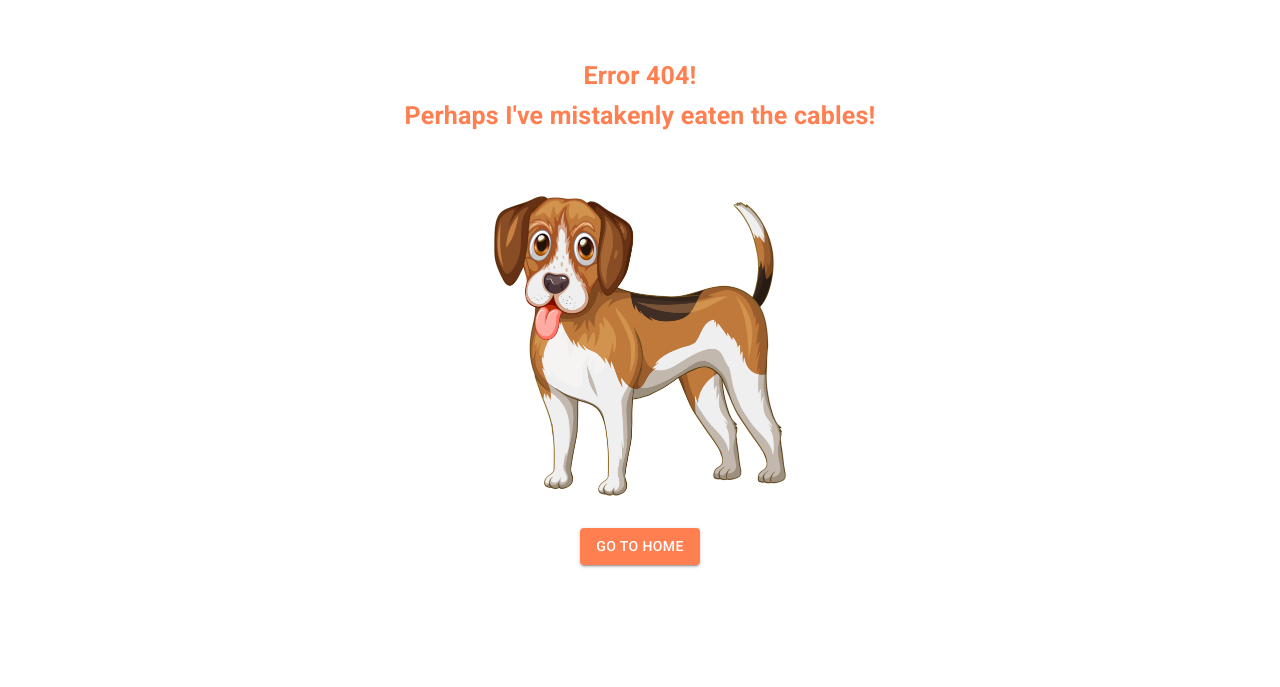
Repository: Sharif-00112/dogos-paradise-client
Page: /breeding
An editor plug-in stored every save of this project. The page is shown before and after the next save, followed by the edit.
The browser window is 1280 px wide. The pictures show the whole page.
The project was rebuilt for these pictures with package versions that can differ from the ones it lists, and the page was loaded fresh each time. Also part of the build but not shown: src/Pages/Shared/Footer/Footer.js, src/Pages/Home/About/About.js, src/Pages/Home/Banner/Banner.js, src/Pages/Home/Blogs/Blogs.js, src/Pages/Home/Contact/Contact.js, src/Pages/Home/CustomerReviews/CustomerReviews.js, src/Pages/Home/Dog/Dog.js, src/Pages/Home/Dogs/Dogs.js and 4 more.

Above is the page before, as saved 2022-12-05 23:39:53.

### public/index.html
<!DOCTYPE html>
<html lang="en">
  <head>
    <meta charset="utf-8" />
    <link rel="icon" href="%PUBLIC_URL%/favicon.ico" />
    <meta name="viewport" content="width=device-width, initial-scale=1" />
    <meta name="theme-color" content="#000000" />
    <meta
      name="description"
      content="Web site created using create-react-app"
    />
    <link
      rel="stylesheet" href="https://fonts.googleapis.com/css?family=Roboto:300,400,500,700&display=swap"
    />

    <link rel="apple-touch-icon" href="%PUBLIC_URL%/logo192.png" />
    <!--
      manifest.json provides metadata used when your web app is installed on a
      user's mobile device or desktop. See https://developers.google.com/web/fundamentals/web-app-manifest/
    -->
    <link rel="manifest" href="%PUBLIC_URL%/manifest.json" />
    <!--
      Notice the use of %PUBLIC_URL% in the tags above.
      It will be replaced with the URL of the `public` folder during the build.
      Only files inside the `public` folder can be referenced from the HTML.

      Unlike "/favicon.ico" or "favicon.ico", "%PUBLIC_URL%/favicon.ico" will
      work correctly both with client-side routing and a non-root public URL.
      Learn how to configure a non-root public URL by running `npm run build`.
    -->
    <title>React App</title>
  </head>
  <body>
    <noscript>You need to enable JavaScript to run this app.</noscript>
    <div id="root"></div>
    <!--
      This HTML file is a template.
      If you open it directly in the browser, you will see an empty page.

      You can add webfonts, meta tags, or analytics to this file.
      The build step will place the bundled scripts into the <body> tag.

      To begin the development, run `npm start` or `yarn start`.
      To create a production bundle, use `npm run build` or `yarn build`.
    -->
  </body>
</html>

### src/App.js
import React  from 'react';
import './App.css';
import { BrowserRouter as Router, Route, Routes} from 'react-router-dom';
import Home from './Pages/Home/Home/Home';
import Login from './Pages/Login/Login/Login';
import Register from './Pages/Login/Register/Register';
import AuthProvider from './contexts/AuthProvider/AuthProvider';
// import PrivateRoute from './Pages/Login/PrivateRoute/PrivateRoute';
import NotFound from './Pages/NotFound/NotFound';
import Contact from './Pages/Home/Contact/Contact';
import Story from './Pages/Home/Story/Story';
import CustomerReviews from './Pages/Home/CustomerReviews/CustomerReviews';
import Blogs from './Pages/Home/Blogs/Blogs';
import About from './Pages/Home/About/About';
import Dogs from './Pages/Home/Dogs/Dogs';
// import Footer from './Pages/Shared/Footer/Footer';
// import Dashboard from './Pages/Dashboard/Dashboard/Dashboard';

function App() {
  return (
    <div className="App">
      <AuthProvider>
        <Router>
          <Routes>
            <Route exact path = '/' element={<Home/>}/>
            <Route exact path = '/home' element={<Home/>}/>
            <Route exact path = '/login' element={<Login/>}/>
            <Route exact path = '/register' element={<Register/>}/>
            <Route exact path = '/contact' element={<Contact/>}/>
            <Route exact path = '/dogs' element={<Dogs/>}/>
            <Route exact path = '/story' element={<Story/>}/>
            <Route exact path = '/reviews' element={<CustomerReviews/>}/>
            <Route exact path = '/blogs' element={<Blogs/>}/>
            <Route exact path = '/about' element={<About/>}/>
            {/* <Route exact path = '/appointment' element = {
              <PrivateRoute>
                <Appointment></Appointment>
              </PrivateRoute>
            }> </Route> */}
            {/* <Route path = 'dashboard/*' element = {
              <PrivateRoute>
                <Dashboard></Dashboard>
              </PrivateRoute>
            }> </Route> */}
            <Route path = '*' element={<NotFound/>}/>
          </Routes>
          {/* <Footer></Footer> */}
        </Router>
      </AuthProvider>
    </div>
  );
}

export default App;

### src/contexts/AuthProvider/AuthProvider.js
import React from 'react';
import { createContext } from 'react';
import useFirebase from '../../hooks/useFirebase';

//step-1-context
export const AuthContext = createContext();

const AuthProvider = (props) => {
    //step-3-context
    const {children} = props;

    //step-5-context
    const allContexts = useFirebase();

    return (
        //step-2-context
        <AuthContext.Provider value={allContexts}>
            {children}
        </AuthContext.Provider>
    );
};

export default AuthProvider;

### src/Pages/NotFound/NotFound.js
import React from 'react';
import Typography from '@mui/material/Typography';
import { NavLink } from 'react-router-dom';
import { Button } from '@mui/material';
import errorIMG from '../../images/dog-404-error.jpg'


const NotFound = () => {
    return (
        <div>
            <Typography sx={{ my:7, fontSize: 25, fontWeight: 600 }} style={{color: 'coral'}} variant="h6" component="div">
                Error 404!
                <br />
                Perhaps I've mistakenly eaten the cables!
            </Typography>
            <img
                style={{width: 300 }}
                src={errorIMG}
                alt="404 Page Not Found!"
            />
            <br />
            <NavLink
                style={{ textDecoration:'none' }}
                to='/'>
                <Button variant="contained" sx={{ m:3 }} style={{ backgroundColor: 'coral' }}>Go to Home</Button>
            </NavLink>
        </div>
    );
};

export default NotFound;

### src/Pages/Shared/Navigation/Navigation.js
import React from 'react';
import AppBar from '@mui/material/AppBar';
import Box from '@mui/material/Box';
import Toolbar from '@mui/material/Toolbar';
import IconButton from '@mui/material/IconButton';
import Typography from '@mui/material/Typography';
import Menu from '@mui/material/Menu';
import MenuIcon from '@mui/icons-material/Menu';
import Container from '@mui/material/Container';
import Avatar from '@mui/material/Avatar';
import Button from '@mui/material/Button';
import Tooltip from '@mui/material/Tooltip';
import MenuItem from '@mui/material/MenuItem';
import { Link, NavLink } from 'react-router-dom';
import useAuth from '../../../hooks/useAuth';

const pages = [
    <Link
        style={{ textDecoration:'none', color:'white' }}
        to = '/home'>
        <Button sx={{mx:1}} color="inherit">Home</Button>
    </Link>,
    <Link
        style={{ textDecoration:'none', color:'white' }}
        to = '/dogs'>
        <Button sx={{mx:1}} color="inherit">Dogs</Button>
    </Link>,
    <Link
        style={{ textDecoration:'none', color:'white' }}
        to = '/blogs'>
        <Button sx={{mx:1}} color="inherit">Blogs</Button>
    </Link>,
    // <Link
    //     style={{ textDecoration:'none', color:'white' }}
    //     to = '/about'>
    //     <Button sx={{mx:1}} color="inherit">About</Button>
    // </Link>,
    // <Link
    //     style={{ textDecoration:'none', color:'white' }}
    //     to = '/contact'>
    //     <Button sx={{mx:1}} color="inherit">Contact</Button>
    // </Link>,
    <Link
        style={{ textDecoration:'none', color:'white' }}
        to = '/dashboard'>
        <Button sx={{mx:1}} color="inherit">Dashboard</Button>
    </Link>,
];
const settings = [
    <Link
        // style={{ textDecoration:'none', color:'white' }}
        style={{ textDecoration:'none' }}
        to = '/login'>
        {/* <Button color="inherit">Appointment</Button> */}
        Profile
    </Link>,
    <Link
        // style={{ textDecoration:'none', color:'white' }}
        style={{ textDecoration:'none' }}
        to = '/dashboard'>
        {/* <Button color="inherit">Appointment</Button> */}
        Dashboard
    </Link>
];

const Navigation = () => {
    const { user, logout } = useAuth();

    const [anchorElNav, setAnchorElNav] = React.useState(null);
    const [anchorElUser, setAnchorElUser] = React.useState(null);

    const handleOpenNavMenu = (event) => {
      setAnchorElNav(event.currentTarget);
    };
    const handleOpenUserMenu = (event) => {
      setAnchorElUser(event.currentTarget);
    };

    const handleCloseNavMenu = () => {
      setAnchorElNav(null);
    };

    const handleCloseUserMenu = () => {
      setAnchorElUser(null);
    };

    return (
        <div>
            <AppBar style={{backgroundColor: 'coral'}} position="static">
                <Container maxWidth="xl">
                    <Toolbar disableGutters>
                    {/* <AdbIcon sx={{ display: { xs: 'none', md: 'flex' }, mr: 1 }} /> */}
                    <Typography
                        variant="h4"
                        noWrap
                        component="a"
                        href="/"
                        sx={{
                        mr: 2,
                        display: { xs: 'none', md: 'flex' },
                        fontFamily: 'monospace',
                        fontWeight: 700,
                        letterSpacing: '.3rem',
                        color: 'inherit',
                        textDecoration: 'none',
                        }}
                    >
                        Dogos Paradise
                    </Typography>

                    <Box sx={{ flexGrow: 1, display: { xs: 'flex', md: 'none' } }}>
                        <IconButton
                        size="large"
                        aria-label="account of current user"
                        aria-controls="menu-appbar"
                        aria-haspopup="true"
                        onClick={handleOpenNavMenu}
                        color="inherit"
                        >
                        <MenuIcon />
                        </IconButton>
                        <Menu
                        id="menu-appbar"
                        anchorEl={anchorElNav}
                        anchorOrigin={{
                            vertical: 'bottom',
                            horizontal: 'left',
                        }}
                        keepMounted
                        transformOrigin={{
                            vertical: 'top',
                            horizontal: 'left',
                        }}
                        open={Boolean(anchorElNav)}
                        onClose={handleCloseNavMenu}
                        sx={{
                            display: { xs: 'block', md: 'none' }
                        }}
                        >
                        {pages.map((page) => (
                            <MenuItem style={{backgroundColor: 'gray'}} key={page} onClick={handleCloseNavMenu}>
                            <Typography textAlign="center">{page}</Typography>
                            </MenuItem>
                        ))}
                        </Menu>
                    </Box>
                    {/* <AdbIcon sx={{ display: { xs: 'flex', md: 'none' }, mr: 1 }} /> */}
                    <Typography
                        variant="h4"
                        noWrap
                        component="a"s
                        href="/"
                        sx={{
                        mr: 2,
                        display: { xs: 'flex', md: 'none' },
                        flexGrow: 1,
                        fontFamily: 'monospace',
                        fontWeight: 700,
                        letterSpacing: '.3rem',
                        color: 'inherit',
                        textDecoration: 'none',
                        }}
                    >
                        Dogos Paradise
                    </Typography>
                    <Box sx={{ flexGrow: 1, display: { xs: 'none', md: 'flex', color:'gray' } }}>
                        {pages.map((page) => (
                        <Button
                            key={page}
                            onClick={handleCloseNavMenu}
                            sx={{ my: 2, color: 'white', display: 'block' }}
                        >
                            {page}
                        </Button>
                        ))}
                    </Box>

                    {
                        user?.email ?
                        <NavLink
                            style={{ textDecoration:'none', color:'white' }}
                            to = '/login'>
                            <Button sx={{ mx:2 }} onClick={logout} color="inherit">Logout</Button>
                        </NavLink>
                        :
                        <NavLink
                            style={{ textDecoration:'none', color:'white' }}
                            to = '/login'>
                            <Button sx={{ mx:2 }} color="inherit">Login</Button>
                        </NavLink>
                    }

                    <Box sx={{ flexGrow: 0 }}>
                        <Tooltip title={user.email}>
                        <IconButton onClick={handleOpenUserMenu} sx={{ p: 0 }}>
                            <Avatar alt={user.email} src={user.photoURL} />
                        </IconButton>
                        </Tooltip>
                        <Menu
                        sx={{ mt: '45px' }}
                        id="menu-appbar"
                        anchorEl={anchorElUser}
                        anchorOrigin={{
                            vertical: 'top',
                            horizontal: 'right',
                        }}
                        keepMounted
                        transformOrigin={{
                            vertical: 'top',
                            horizontal: 'right',
                        }}
                        open={Boolean(anchorElUser)}
                        onClose={handleCloseUserMenu}
                        >
                        {settings.map((setting) => (
                            <MenuItem key={setting} onClick={handleCloseUserMenu}>
                            <Typography textAlign="center">{setting}</Typography>
                            </MenuItem>
                        ))}
                        </Menu>
                    </Box>
                    </Toolbar>
                </Container>
            </AppBar>
        </div>
    );
};

export default Navigation;

### src/hooks/useFirebase.js
import { useState } from "react";
import initializeAuthentication from "../Pages/Login/Firebase/firebase.initialize";
import { getAuth, signInWithPopup, GoogleAuthProvider, onAuthStateChanged, signOut, FacebookAuthProvider, createUserWithEmailAndPassword, signInWithEmailAndPassword, sendPasswordResetEmail, updatePassword, sendEmailVerification, updateProfile, getIdToken } from "firebase/auth";
import { useEffect } from "react";

initializeAuthentication();

const useFirebase = () =>{
    const [user, setUser] = useState({});
    const [error, setError] = useState('');
    const [name, setName] = useState('');
    const [email, setEmail] = useState('');
    const [password, setPassword] = useState('');
    const [isLoading, setIsLoading] = useState(true);
    const [admin, setAdmin] = useState(false);
    const [token, setToken] = useState('');

    const googleProvider = new GoogleAuthProvider();
    // const gitProvider = new GithubAuthProvider();
    const facebookProvider = new FacebookAuthProvider();
    const auth = getAuth();

    const signInUsingGoogle = () =>{
      setIsLoading(true);
      signInWithPopup(auth, googleProvider)
      .then((result) => {
          // This gives you a Google Access Token. You can use it to access the Google API.
          // const credential = GoogleAuthProvider.credentialFromResult(result);
          // const token = credential.accessToken;
          // The signed-in user info.
          setUser(result.user);
          // save user to the database
          saveUserToDB(result.user.email, result.user.displayName, 'PUT');
      }).catch((error) => {
          // Handle Errors here.
          setError(error.code);
          setError(error.message);
          // The email of the user's account used.
          setError(error.customData.email);
          // The AuthCredential type that was used.
          setError(GoogleAuthProvider.credentialFromError(error));
      }).finally(() =>{
        setIsLoading(false);
      });
    };

    const signInUsingFacebook = () =>{
      setIsLoading(true);
      signInWithPopup(auth, facebookProvider)
      .then((result) => {
        // The signed-in user info.
        setUser(result.user);
        // save user to the database
        saveUserToDB(result.user.email, result.user.displayName, 'PUT');

        // This gives you a Facebook Access Token. You can use it to access the Facebook API.
        // const credential = FacebookAuthProvider.credentialFromResult(result);
        // const accessToken = credential.accessToken;
      })
      .catch((error) => {
        // Handle Errors here.
        setError(error.code);
        setError(error.message);
        // The email of the user's account used.
        setError(error.customData.email);
        // The AuthCredential type that was used.
        setError(FacebookAuthProvider.credentialFromError(error));
      }).finally(() =>{
        setIsLoading(false);
      });
    };

    const customLogin = (email, password) =>{
      setIsLoading(true);
      signInWithEmailAndPassword(auth, email, password)
      .then((userCredential) => {
        // Signed in
        setUser(userCredential.user);
        setError('');
      })
      .catch((error) => {
        setError(error.code);
        setError(error.message);
      })
      .finally(() => setIsLoading(false));
    };

    const customRegister = (email, password) =>{
      setIsLoading(true);
      createUserWithEmailAndPassword(auth, email, password)
      .then((userCredential) => {
        // Signed in
        // const user = userCredential.user;
        // console.log(user);
        setUser(userCredential.user);
        // save user to the database
        saveUserToDB(userCredential.user.email, userCredential.user.displayName, 'POST')
        // clear error message
        setError('');
      })
      .catch((error) => {
        setError(error.code);
        setError(error.message);
      })
      .finally(() => setIsLoading(false));
    };

    const handleLoginSubmitBtn = e =>{
      e.preventDefault();
      // console.log(email, password);
      customLogin(email, password);
    }

    const handleRegisterSubmitBtn = e =>{
      e.preventDefault();
      // console.log(email, password);

      if(!/.{8,}/.test(password)){
        setError('Ensure password is of minimum length 8');
        return;
      }
      if(!/(?=.*[A-Z])/.test(password)){
        setError('Ensure password has minimum one uppercase letters');
        return;
      }
      if(!/(?=.*[!@#$%^&*()\-__+.])/.test(password)){
        setError('Ensure password has minimum one special case letter');
        return;
      }
      if(!/(?=.*[0-9])/.test(password)){
        setError('Ensure password has minimum one digits');
        return;
      }
      if(!/(?=.*[a-z])/.test(password)){
        setError('Ensure password has minimum one lowercase letters');
        return;
      }
      customRegister(email, password);
    }

    const handleNameChange = e =>{
      setName(e.target.value);
    }

    const handleEmailChange = e =>{
      setEmail(e.target.value);
    }

    const handlePasswordChange = e =>{
      setPassword(e.target.value);
    }

    const handleForgotPassword = () =>{
      sendPasswordResetEmail(auth, email)
      .then(() => {
        // Password reset email sent!
      })
      .catch((error) => {
        setError(error.code);
        setError(error.message);
      });
    }

    const handleChangePassword = () =>{
      const user = auth.currentUser;
      const newPassword = password;
      updatePassword(user, newPassword).then(() => {
        // Update successful.
      }).catch((error) => {
        setError(error.code);
        setError(error.message);
      });
    }

    const setUserName = () =>{
      updateProfile(auth.currentUser, {
        displayName: name
      }).then(() => {
        // Profile updated!
      }).catch((error) => {
        setError(error.code);
        setError(error.message);
      });
    }

    const verifyEmail = () =>{
      sendEmailVerification(auth.currentUser)
      .then(() => {
        // Email verification sent!
      }).catch((error) => {
        setError(error.code);
        setError(error.message);
      });
    }

    //observe user login change
    useEffect(()=>{
        const unsubscribe = onAuthStateChanged(auth, (user) => {
            if (user) {
              // User is signed in
              setUser(user);

              //JWT
              getIdToken(user)
              // .then(idToken => console.log(idToken))
              // .then(idToken => localStorage.setItem('idToken', idToken))
              .then(idToken => setToken(idToken))

            } else {
              // User is signed out
              setUser({});
            }
            setIsLoading(false);
          });
          return () => unsubscribe;
    },[auth]);

    // check Admin
    // useEffect( () =>{
    //   fetch(`http://localhost:3005/users/${user.email}`)
    //   .then(res => res.json())
    //   .then(data => setAdmin(data.admin))
    // } ,[user.email])

    const logout = () =>{
      setIsLoading(true);
      signOut(auth)
      .then(() => {
          // Sign-out successful.
          setUser({});
        }).catch((error) => {
          setError(error);
        }).finally(()=>{
          setIsLoading(false);
        });
    }

    const saveUserToDB = (email, displayName, method) =>{
      const user = {email, displayName};
      fetch('http://localhost:3005/users', {
          method: method,
          headers: {
              'content-type' : 'application/json'
          },
          body: JSON.stringify(user)
      })
      .then()
    }

    return {
      signInUsingGoogle,
      signInUsingFacebook,
      customLogin,
      customRegister,
      handleLoginSubmitBtn,
      handleRegisterSubmitBtn,
      handleNameChange,
      handleEmailChange,
      handlePasswordChange,
      handleForgotPassword,
      handleChangePassword,
      verifyEmail,
      setUserName,
      logout,
      user,
      admin,
      error,
      isLoading,
      token
    };
}

export default useFirebase;

### src/hooks/useAuth.js
//step-6-context

import { useContext } from "react"
import { AuthContext } from "../../src/contexts/AuthProvider/AuthProvider"

const useAuth = () =>{
    return useContext(AuthContext);
}

export default useAuth;

### src/Pages/Login/Firebase/firebase.initialize.js
import { initializeApp } from "firebase/app";
import firebaseConfig from "./firebase.config";

const initializeAuthentication = () =>{
    initializeApp(firebaseConfig);
}

export default initializeAuthentication;

### src/Pages/Login/Firebase/firebase.config.js
// console.log(process.env);

const firebaseConfig = {
  apiKey: process.env.REACT_APP_FIREBASE_API_KEY,
  authDomain: process.env.REACT_APP_FIREBASE_AUTH_DOMAIN,
  projectId: process.env.REACT_APP_FIREBASE_PROJECT_ID,
  storageBucket: process.env.REACT_APP_FIREBASE_STORAGE_BUCKET,
  messagingSenderId: process.env.REACT_APP_FIREBASE_MESSAGING_SENDER_ID,
  appId: process.env.REACT_APP_FIREBASE_APP_ID,
  measurementId: process.env.REACT_APP_FIREBASE_MEASUREMENT_ID
};

export default firebaseConfig;

// .env.local
// REACT_APP_FIREBASE_API_KEY=AIzaSyCGaQ8G2l5KeOKX4bAJ7MC19oWW_2vnTNQ
// REACT_APP_FIREBASE_AUTH_DOMAIN=dogos-paradise.firebaseapp.com
// REACT_APP_FIREBASE_PROJECT_ID=dogos-paradise
// REACT_APP_FIREBASE_STORAGE_BUCKET=dogos-paradise.appspot.com
// REACT_APP_FIREBASE_MESSAGING_SENDER_ID=824394057307
// REACT_APP_FIREBASE_APP_ID=1:824394057307:web:727ac0c86627b9544a617e
// REACT_APP_FIREBASE_MEASUREMENT_ID=G-DL8JJ6MYSD

// const firebaseConfig = {
  // apiKey: "AIzaSyCGaQ8G2l5KeOKX4bAJ7MC19oWW_2vnTNQ",
  // authDomain: "dogos-paradise.firebaseapp.com",
  // projectId: "dogos-paradise",
  // storageBucket: "dogos-paradise.appspot.com",
  // messagingSenderId: "824394057307",
  // appId: "1:824394057307:web:727ac0c86627b9544a617e",
  // measurementId: "G-DL8JJ6MYSD"
// };

Loaded but not shown: src/index.js (common file); src/index.css (common file); src/reportWebVitals.js (common file); src/App.css (common file)

After the next save:
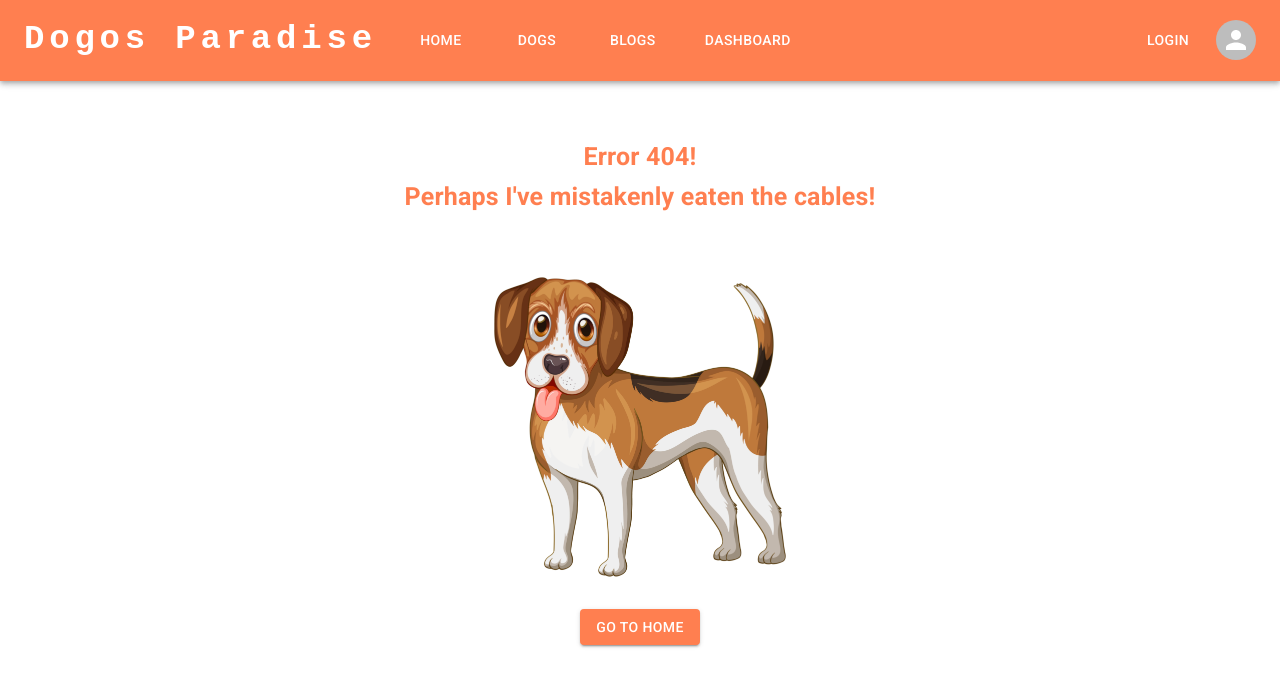
Saved 65 s later.
--- a/src/Pages/NotFound/NotFound.js
+++ b/src/Pages/NotFound/NotFound.js
@@ -3,11 +3,13 @@ import Typography from '@mui/material/Typography';
 import { NavLink } from 'react-router-dom';
 import { Button } from '@mui/material';
 import errorIMG from '../../images/dog-404-error.jpg'
+import Navigation from '../Shared/Navigation/Navigation';
 
 
 const NotFound = () => {
     return (
         <div>
+            <Navigation></Navigation>
             <Typography sx={{ my:7, fontSize: 25, fontWeight: 600 }} style={{color: 'coral'}} variant="h6" component="div">
                 Error 404!
                 <br />
